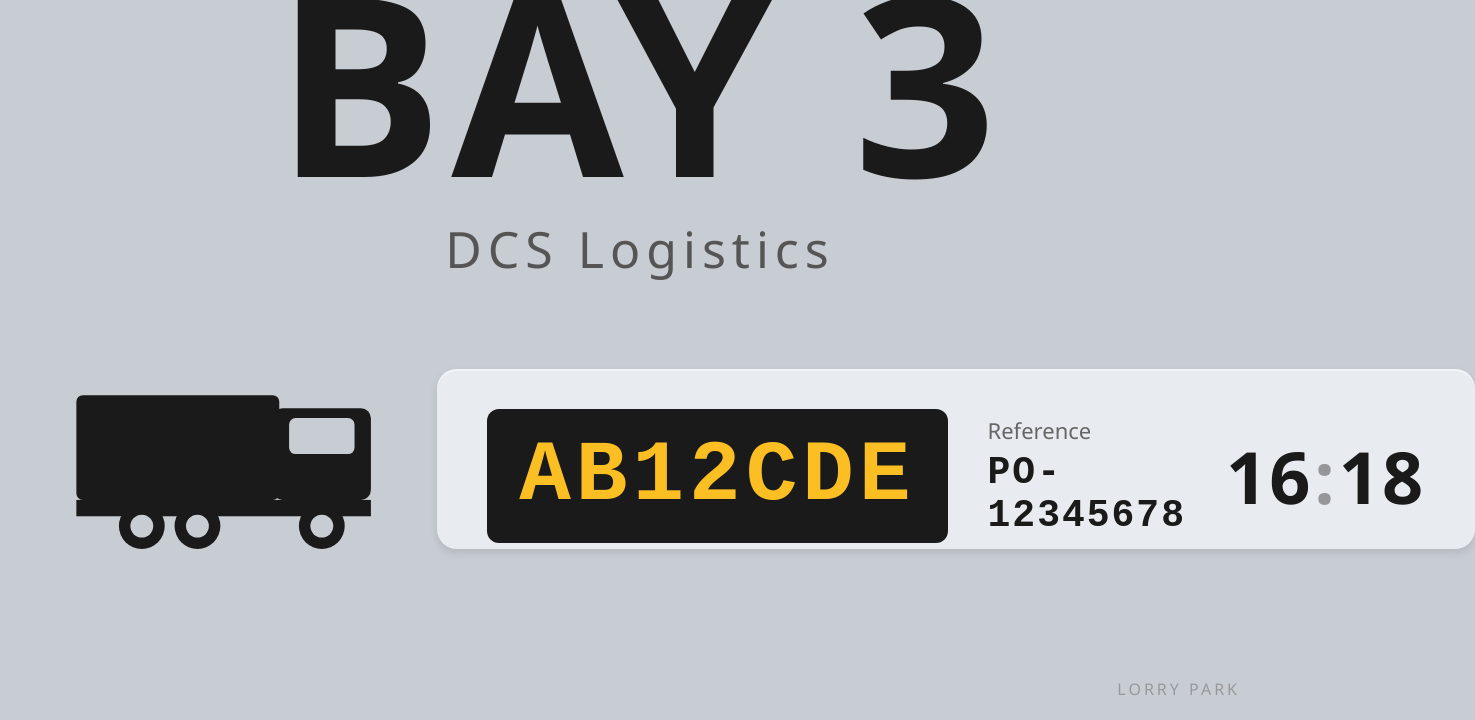
Repository: greenhill32/LRS2-DEV
Page: WIP/Bay3.html
An editor plug-in stored every save of this project. The page is shown before and after the next save, followed by the edit.
The browser window is 1280 px wide. The page is 1475 px wide, so the pictures cover 1475 px, including what lies to the right of the window. The pictures show the whole page.

Above is the page before, as saved 2025-12-04 15:08:03.

After the next save:
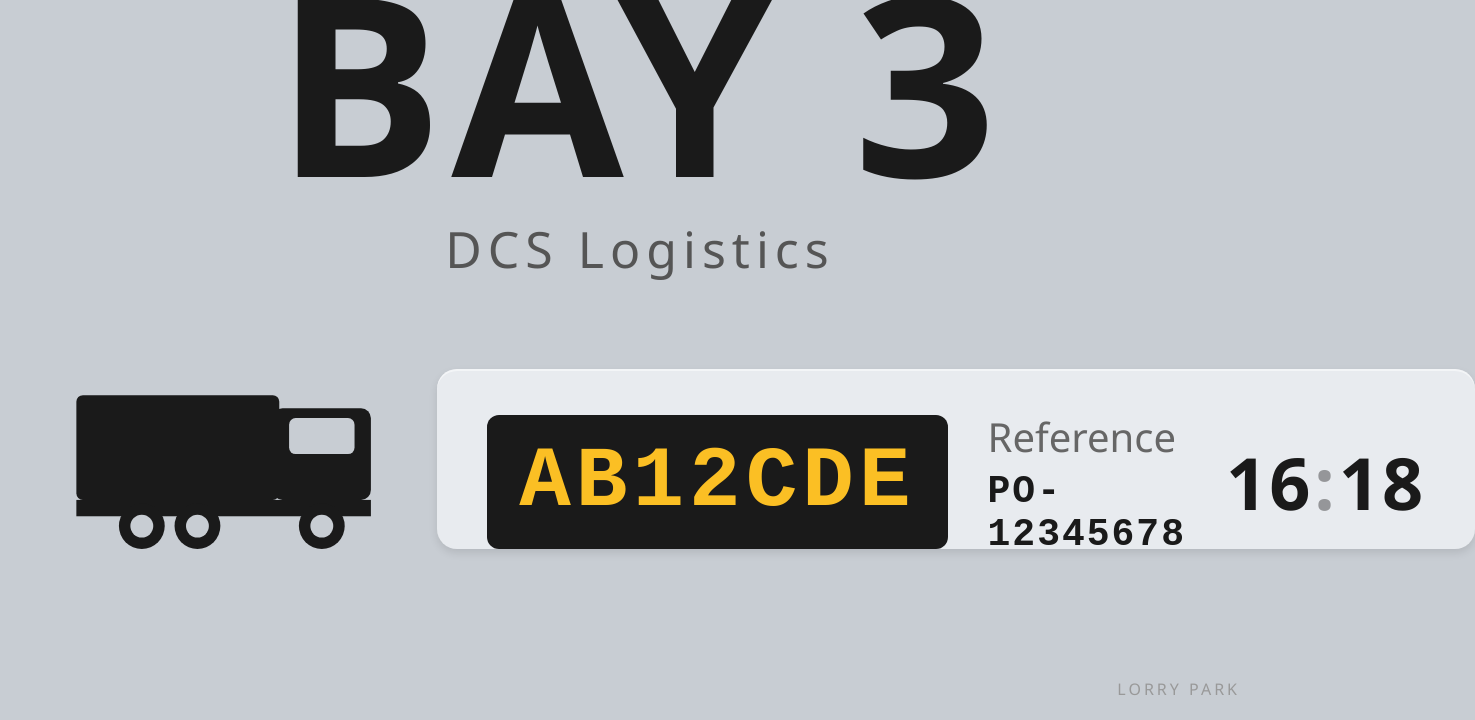
Saved 48 s later.
--- a/WIP/Bay3.html
+++ b/WIP/Bay3.html
@@ -115,7 +115,7 @@
     }
 
     .info-label {
-        font-size: 22px;
+        font-size: 40px;
         color: #666;
     }
 
